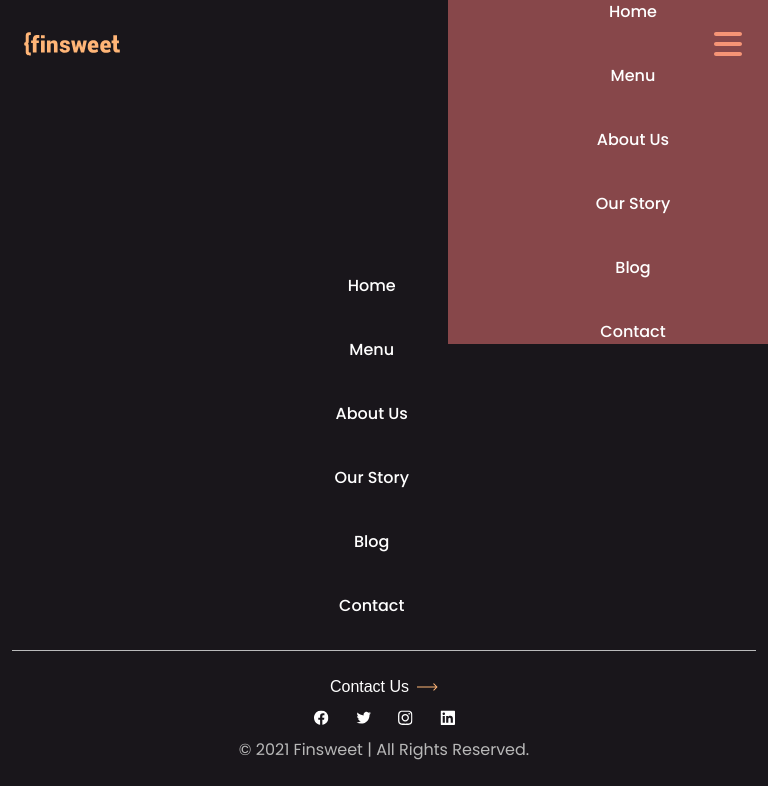
Repository: Minns-Cao/project-finsweet
Page: contact.html
The author's editor kept a copy of each file at every save. The page is drawn from the files as they stood at one save, then again after the next save.
The browser window is 768 px wide. The pictures show the whole page.
Some web fonts or font styles are not loaded; a fallback is used.

Above is the page before, as saved 2023-04-28 15:30:30.

After the next save:
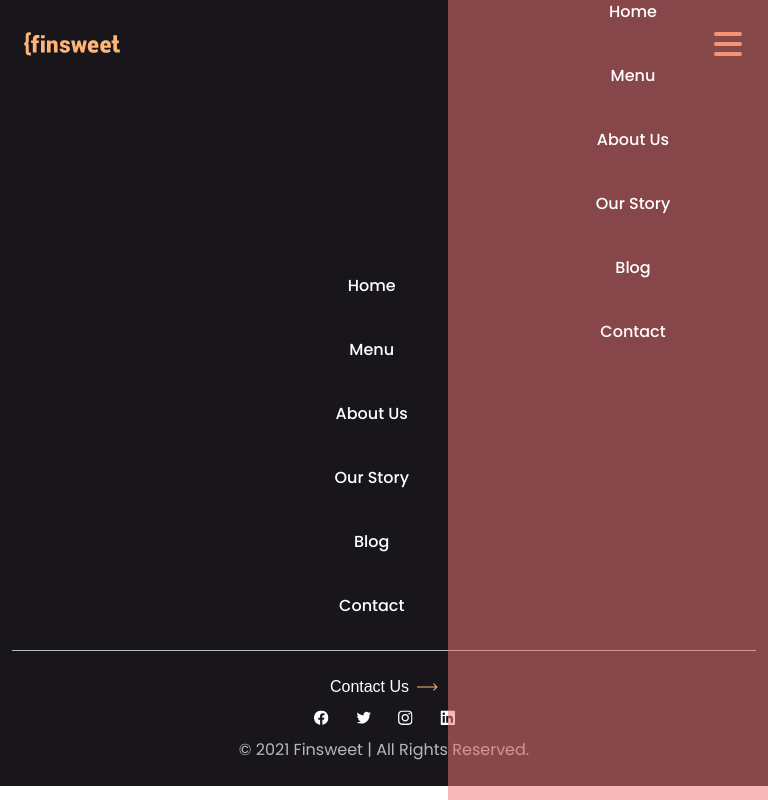
Saved 5 s later.
--- a/assets/css/style.css
+++ b/assets/css/style.css
@@ -257,7 +257,7 @@ a {
         right: 0;
         width: 320px;
         max-width: 100%;
-        h
+        height: 100vh;
     }
 
     .nav-mb ul {
